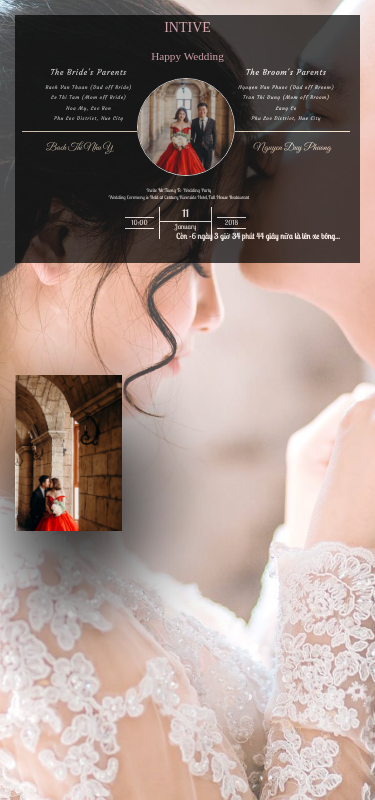
Repository: nguyenhuutuong999/WeddingOfSister
Page: wedding.html
The author's editor kept a copy of each file at every save. The page is drawn from the files as they stood at one save, then again after the next save.
The browser window is 375 px wide. The pictures show the whole page.
Some web fonts or font styles are not loaded; a fallback is used.

Above is the page before, as saved 2019-09-16 21:04:39.

After the next save:
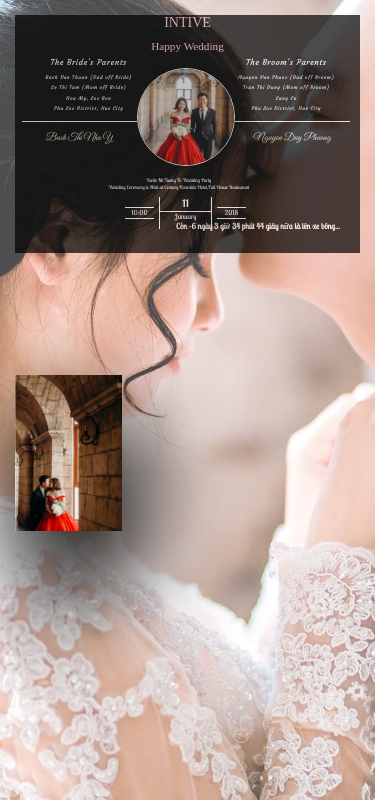
Saved 11 s later.
--- a/style.css
+++ b/style.css
@@ -192,7 +192,7 @@
     #invite{
 
         margin-top: 0px;
-        padding: 5px;
+        padding: px;
         font-size: 1em;
     }
     #happy{

After the save that followed:
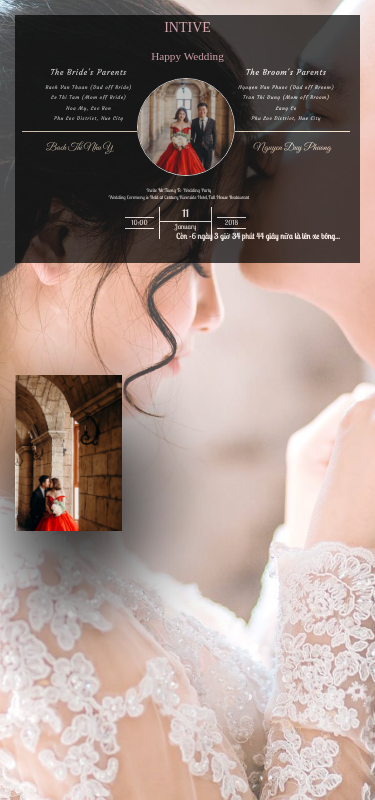
Saved 5 s later.
--- a/style.css
+++ b/style.css
@@ -192,7 +192,7 @@
     #invite{
 
         margin-top: 0px;
-        padding: px;
+        padding: 5px;
         font-size: 1em;
     }
     #happy{
